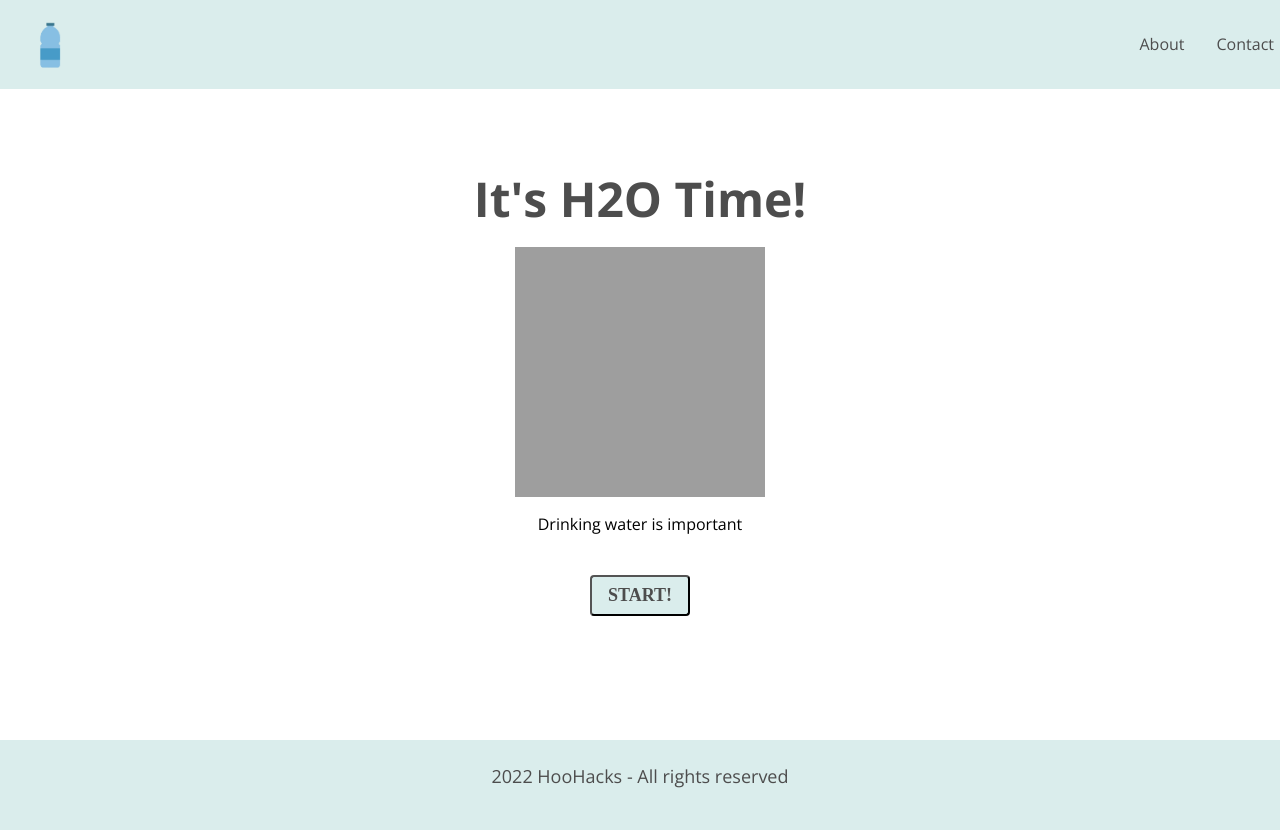
Repository: jennyjjung/H2ODaily
Page: index.html
An editor plug-in stored every save of this project. The page is shown before and after the next save, followed by the edit.
The browser window is 1280 px wide. The pictures show the whole page.
Pictures or frames that could not be fetched are drawn as grey boxes. Some web fonts or font styles are not loaded; a fallback is used.

Above is the page before, as saved 2022-03-26 18:59:59.

After the next save:
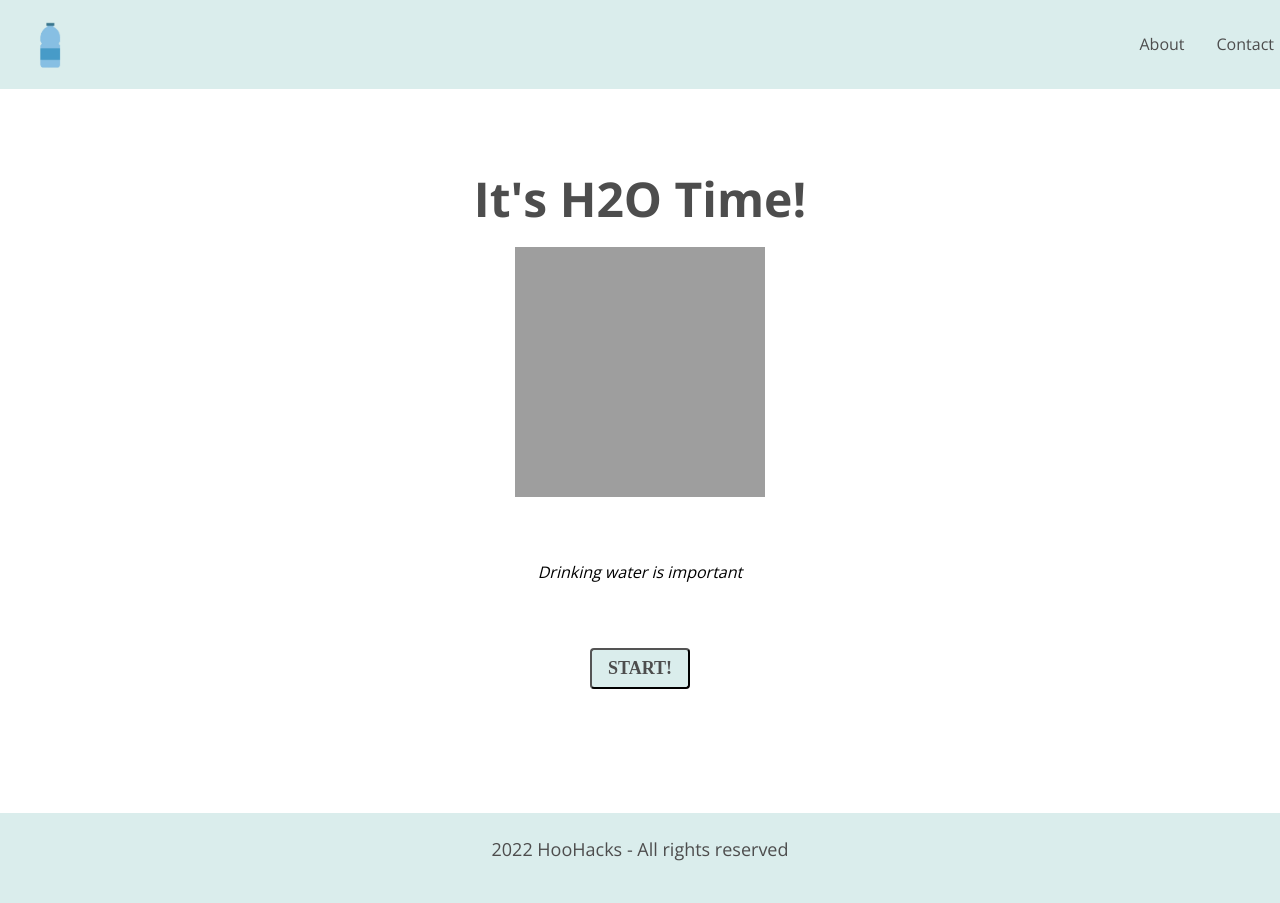
Saved 2 min 48 s later.
--- a/style.css
+++ b/style.css
@@ -51,6 +51,14 @@ li {
 a {
   text-decoration: none;
   color: var(--color-dark-grey);
+}
+
+blockquote {
+  padding: 2%;
+  font-style: italic;
+  line-height: 145%;
+  position: relative;
+  margin-top: 40px;
 }
 
 /* Navbar */
